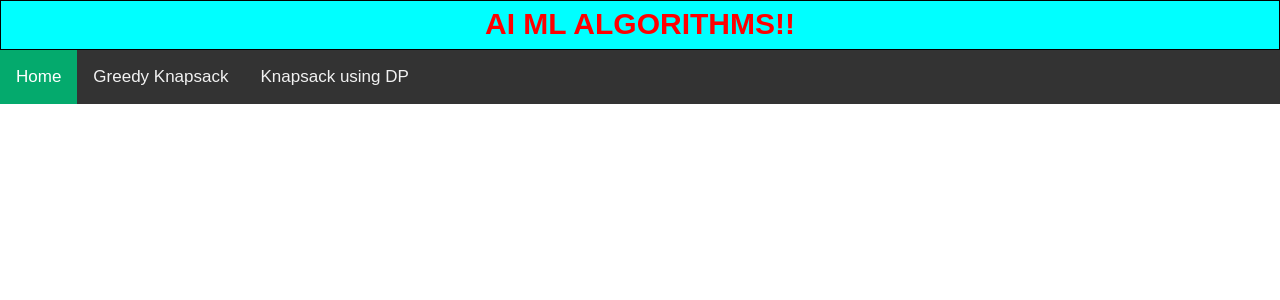
Repository: vinaybabu3962/ALGORITHMIC-TOOLBOX
Page: DAA_WT/webapp/index.html
An editor plug-in stored every save of this project. The page is shown before and after the next save, followed by the edit.
The browser window is 1280 px wide. The pictures show the whole page.

Above is the page before, as saved 2021-07-03 19:45:51.

### DAA_WT/webapp/index.html
<!DOCTYPE html>
<html>
<head>
<meta charset="ISO-8859-1">
<title>Main Page</title>
<link rel="stylesheet" href="https://cdn.jsdelivr.net/npm/bootstrap@5.0.2/dist/css/bootstrap.min.css" integrity="sha384-EVSTQN3/azprG1Anm3QDgpJLIm9Nao0Yz1ztcQTwFspd3yD65VohhpuuCOmLASjC" crossorigin="anonymous">
<script src="https://cdn.jsdelivr.net/npm/bootstrap@5.0.2/dist/js/bootstrap.min.js" integrity="sha384-cVKIPhGWiC2Al4u+LWgxfKTRIcfu0JTxR+EQDz/bgldoEyl4H0zUF0QKbrJ0EcQF" crossorigin="anonymous"></script>
<script src="https://cdn.jsdelivr.net/npm/bootstrap@5.0.2/dist/js/bootstrap.bundle.min.js" integrity="sha384-MrcW6ZMFYlzcLA8Nl+NtUVF0sA7MsXsP1UyJoMp4YLEuNSfAP+JcXn/tWtIaxVXM" crossorigin="anonymous"></script>
<meta name="viewport" content="width=device-width, initial-scale=1">
<style>
body {
  margin: 0;
  font-family: Arial, Helvetica, sans-serif;
}

.topnav {
  overflow: hidden;
  background-color: #333;
}

.topnav a {
  float: left;
  color: #f2f2f2;
  text-align: center;
  padding: 14px 16px;
  text-decoration: none;
  font-size: 17px;
}

.topnav a:hover {
  background-color: #ddd;
  color: black;
}

.topnav a.active {
  background-color: #04AA6D;
  color: white;
}
</style>
</head>
<body>
<div class="header" style="color:red;font-weight:bold;font-size:30px;border:1px solid black;background-color:cyan;height:50px;text-align:center;">
	AI ML ALGORITHMS!!
</div>
<div class="topnav">
  <a class="active" href="#home">Home</a>
  <a href="GreedyKnapsack.html">Greedy Knapsack</a>
  <a href="KnapSackDP.html">Knapsack using DP</a>

</div>
</body>
</html>

After the next save:
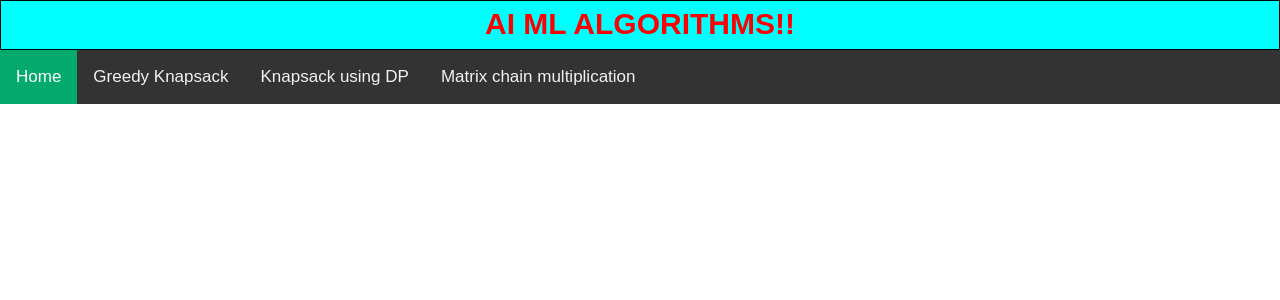
Saved 10 h 23 min later.
--- a/DAA_WT/webapp/index.html
+++ b/DAA_WT/webapp/index.html
@@ -46,7 +46,7 @@ body {
   <a class="active" href="#home">Home</a>
   <a href="GreedyKnapsack.html">Greedy Knapsack</a>
   <a href="KnapSackDP.html">Knapsack using DP</a>
-
+  <a href="MatrixChainMultiplication.html">Matrix chain multiplication</a>
 </div>
 </body>
 </html>
